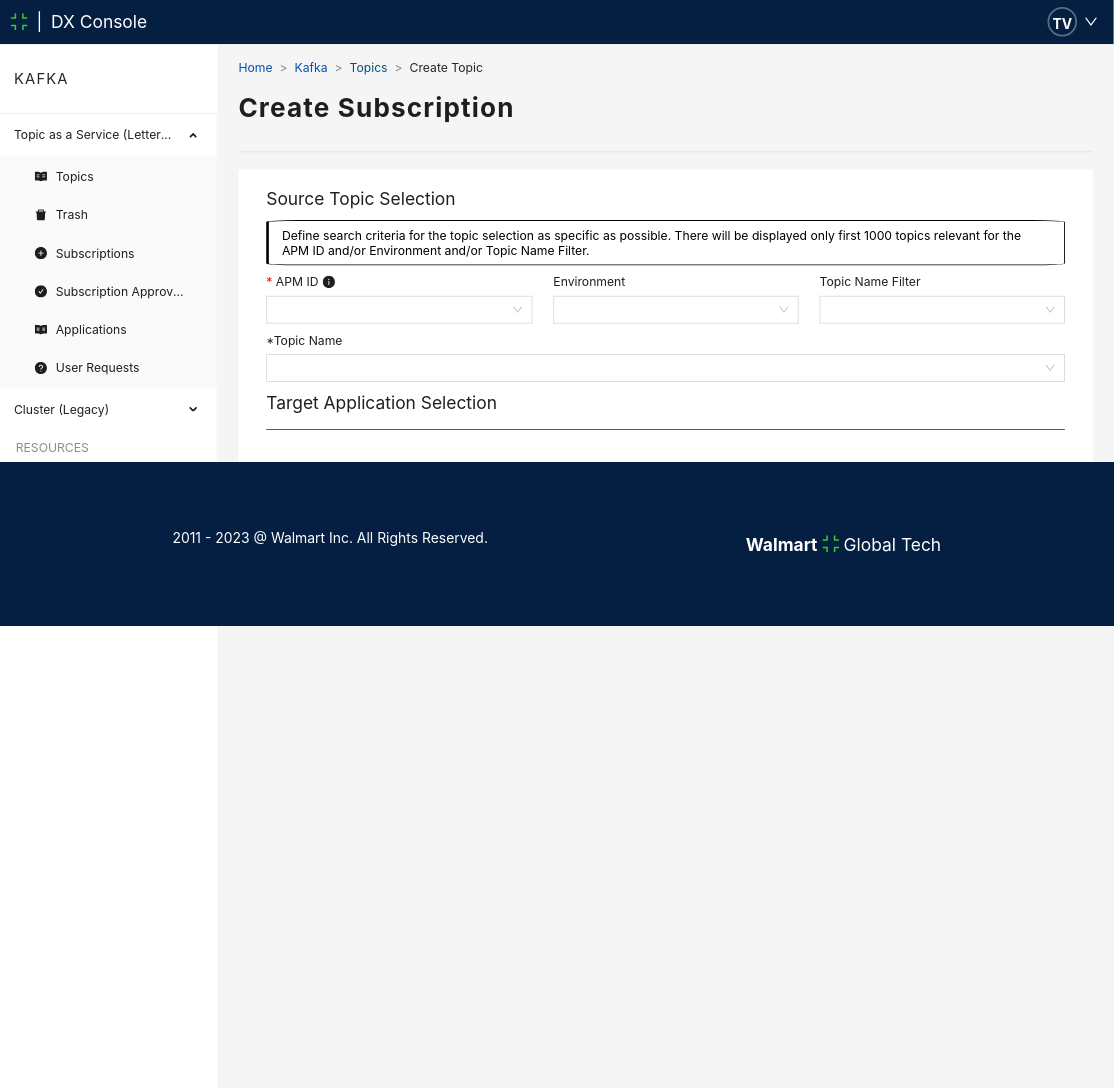
Repository: Qianying-Chai/kafka
Page: /kafka/subscriptions_active_tab=nonProxy/create-non-proxy
An editor plug-in stored every save of this project. The page is shown before and after the next save, followed by the edit.
The browser window is 1280 px wide. The pictures show the whole page, at 87% of full size.
The project was rebuilt for these pictures with package versions that can differ from the ones it lists, and the page was loaded fresh each time. Also part of the build but not shown: src/pages/Components/ComponentsTable.jsx, src/pages/Components/ComponentsInput.jsx, src/pages/Components/ComponentsPagination.jsx, src/pages/Taas/Topics/Topics.jsx, src/pages/Taas/Topics/CreateTopics/Form/DetailsForm.jsx, src/pages/Taas/Topics/CreateTopics/CreateTopic.jsx, src/pages/Taas/Trash/Style/Trash.css, src/pages/Taas/Trash/Trash.jsx and 12 more.

Above is the page before, as saved 2024-01-15 19:39:34.

After the next save:
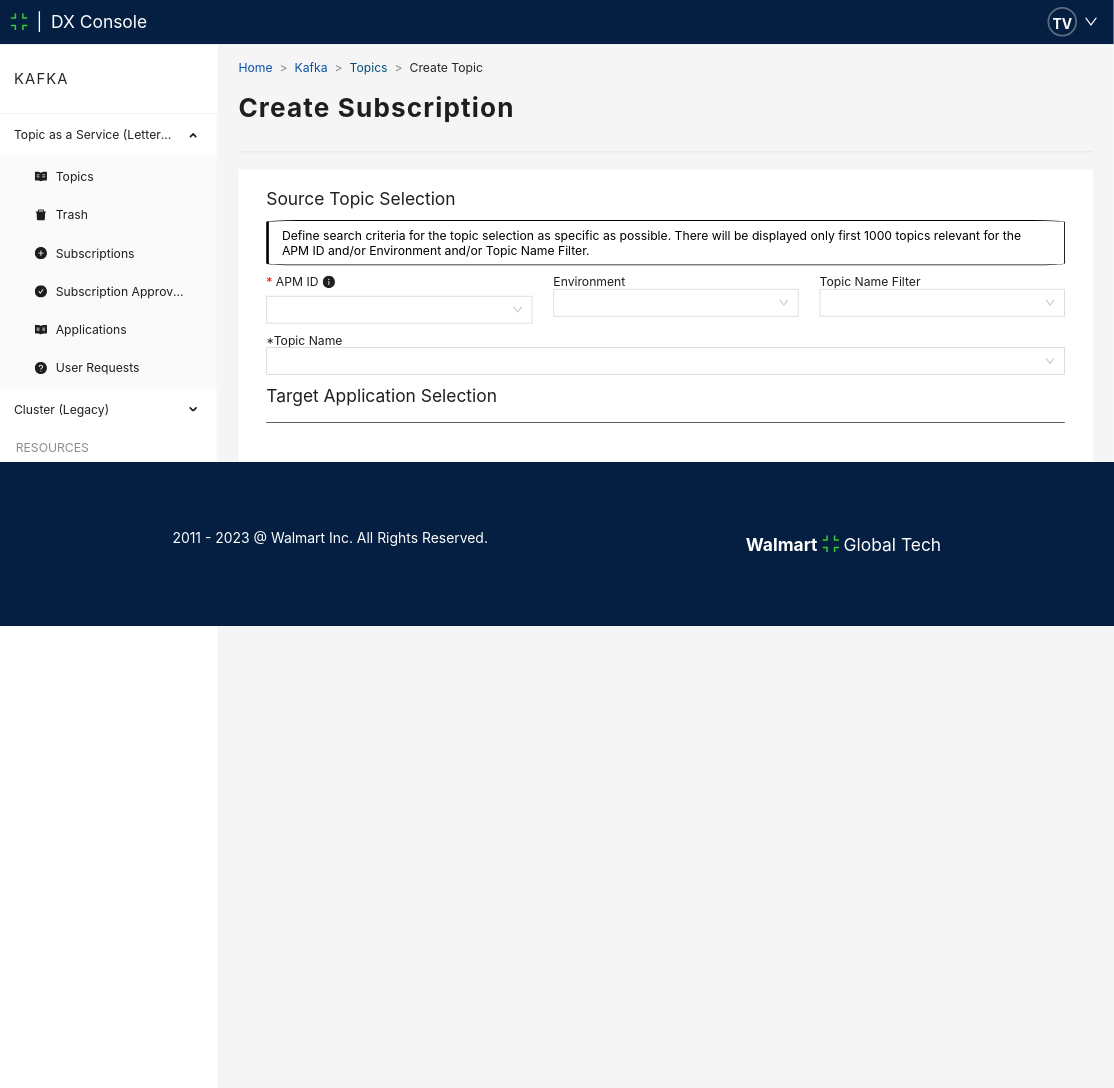
Saved 84 s later.
--- a/src/pages/Taas/Subscriptions/SubscriptionsNonProxy/CreateSubscriptions/Form/SourceTopicFormNonProxy.jsx
+++ b/src/pages/Taas/Subscriptions/SubscriptionsNonProxy/CreateSubscriptions/Form/SourceTopicFormNonProxy.jsx
@@ -2,7 +2,6 @@
 import debounce from "lodash/debounce";
 import { Col, Row, ConfigProvider, Select, Spin } from "antd";
 import SelectTitle from "../../../../../Components/SelectTitle";
-import "./Style/SourceTopicForm.css";
 const SourceTopicFormNonProxy = () => {
   function DebounceSelect({ fetchOptions, debounceTimeout = 800, ...props }) {
     const [fetching, setFetching] = useState(false);
